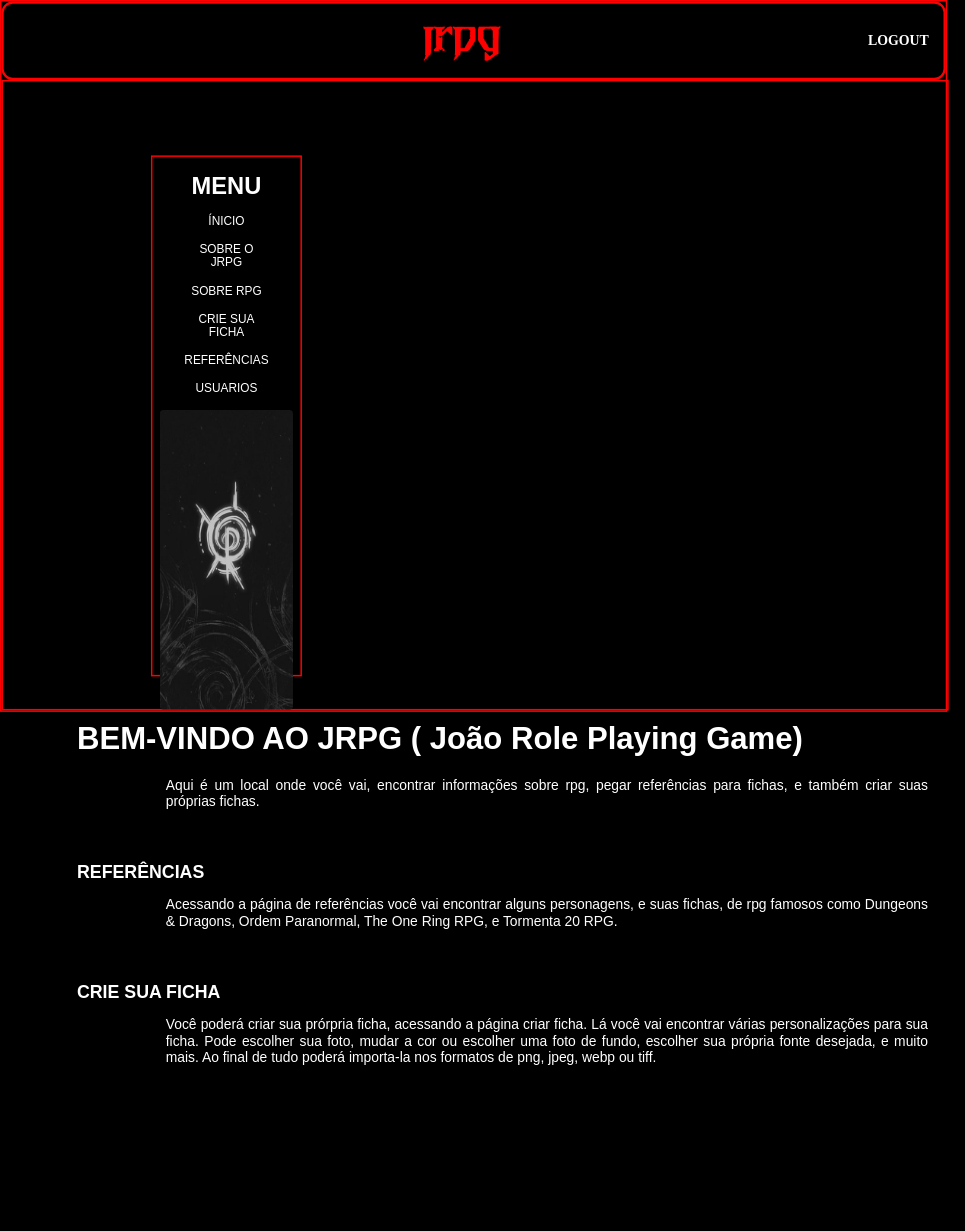
Repository: jpmaffei18/PROJETO_JAVA
Page: http://localhost/FinalWeb/home.jsp
An editor plug-in stored every save of this project. The page is shown before and after the next save, followed by the edit.
The browser window is 1280 px wide. The page is 1304 px wide, so the pictures cover 1304 px, including what lies to the right of the window. The pictures show the whole page, at 74% of full size.
Some web fonts or font styles are not loaded; a fallback is used. The page is served by Tomcat 9. Other server files are loaded and not shown.

Above is the page before, as saved 2023-04-12 12:11:13.

### FinalWeb/src/main/webapp/home.jsp
<!DOCTYPE html>
<html lang="pt-br">
<head>
    <meta charset="UTF-8">
    <meta http-equiv="X-UA-Compatible" content="IE=edge">
    <meta name="viewport" content="width=device-width, initial-scale=1.0">
    <link href="home.css" rel="stylesheet">
    <link href="https://fonts.cdnfonts.com/css/gobold" rel="stylesheet">
    <link href="https://fonts.cdnfonts.com/css/glacial-indifference-2" rel="stylesheet">

    <title> HOME </title>
</head>
<body>
    <header class="cabecalho">
       <img src="imagens/JRPG LOGO.png">
        <h3><a href="index.jsp"> LOGOUT </a></h3>
    </header>

    <div class="conteudo">
        <div class="menulateral">

            <h1>MENU</h1>

            <ul>

                <a href="index.jsp">
                <li> ÍNICIO </li>
                </a>

                <a href="#">
                <li> SOBRE O JRPG </li>
                </a>

                <a href="rpg.jsp">
                    <li> SOBRE RPG </li>
                </a>

                <a href="fichas.jsp">
                    <li> CRIE SUA FICHA </li>
                </a>

                <a href="#">
                    <li> REFERÊNCIAS </li>
                </a>

                <a href="cadastrados.jsp">
                    <li> USUARIOS </li>
                </a>
            </ul>

            <img src="imagens/foto_menu_lateral.jpg">
        </div>


        <div class="bemvindo">

            <h1> BEM-VINDO AO JRPG ( João Role Playing Game) </h1>
            <h3> Aqui é um local onde você vai, encontrar informações sobre rpg, pegar referências para fichas, e também criar suas próprias fichas.</h3>
            <h2> REFERÊNCIAS </h2>
            <h3> Acessando a página de referências você vai encontrar alguns personagens, e suas fichas, de rpg famosos como Dungeons & Dragons, Ordem Paranormal, The One Ring RPG, e Tormenta  20 RPG.</h3>
            <h2> CRIE SUA FICHA</h2>
            <h3> Você poderá criar sua prórpria ficha, acessando a página <a href="fichas.html" class="criarficha">criar ficha</a>. Lá você vai encontrar várias personalizações para sua ficha.
            Pode escolher sua foto, mudar a cor ou escolher uma foto de fundo, escolher sua própria fonte desejada, e muito mais. Ao final de tudo poderá importa-la nos formatos de png, jpeg, webp ou tiff.
            </h3>

        </div>
</div>

</body>
</html>

### FinalWeb/src/main/webapp/home.css
@import url('https://fonts.cdnfonts.com/css/glacial-indifference-2');
@import url('https://fonts.cdnfonts.com/css/gobold');



body{
    margin: 0;
    margin-top: 0;
    background-color: black ;
    overflow-x: hidden;
    border: solid 2px red;
}

.conteudo{
    width: 100%;
    height: 848px;
    border: solid 2px red;
}

.cabecalho{
    background-color: black ;
    width: 99,7%;
    height: 80px;
    border-radius: 15px;
    border: solid 3px red;
    color: red;
    padding-top: 20px;
    padding-left: 80px;
    align-content: center;
    align-items: center;
    text-align: center;
}

header img{
    margin-top: -20px;
    width: 200px;
    margin-right: 60px;
}

header h3{
    float: right;
    margin-right: 20px;
    margin-left:-40px;
}

header a{
    color: white;
    text-decoration: none;
}

.menulateral{
    width: 200px;
    height: 700px;
    float: left;
    border: solid 2px red;
    margin-top: 100px;
    margin-left: 200px;
}

.menulateral li{
    color: white;
    margin-bottom: 20px;
    margin-right: 40px;
    align-content: center;
    align-items: center;
    text-align: center;
    list-style: none;
}

div li:hover {
    color: red;
}

.menulateral a{
    text-decoration: none;
    font-family: 'Glacial Indifference', sans-serif;

}

.menulateral h1{
    color: white;
    align-items: center;
    text-align: center;
    list-style: none;
    margin-bottom: 20px;
    font-family: 'Gobold', sans-serif;
}

.menulateral img{
    width: 180px;
    height: 405px;
    margin-left: 10px;
    border-radius: 5px;
}


.bemvindo{
    width: 1200px;
    height: 700px;
    float: left;
    margin-top: 50px;
    margin-left: 100px;
    color: white;
}

.bemvindo h1{
    font-size:42px;
    margin-top: 10px;
    font-family: 'Gobold', sans-serif;
}

.bemvindo h3{
    margin-left: 120px;
    margin-right: 50px;
    text-align: justify;
    font-family: 'Glacial Indifference', sans-serif;
    font-weight: 300;

}



.bemvindo h2{
    margin-top: 70px;
    font-family: 'Gobold', sans-serif;

}

.criarficha{
    text-decoration: none;
    color: white;
}

After the next save:
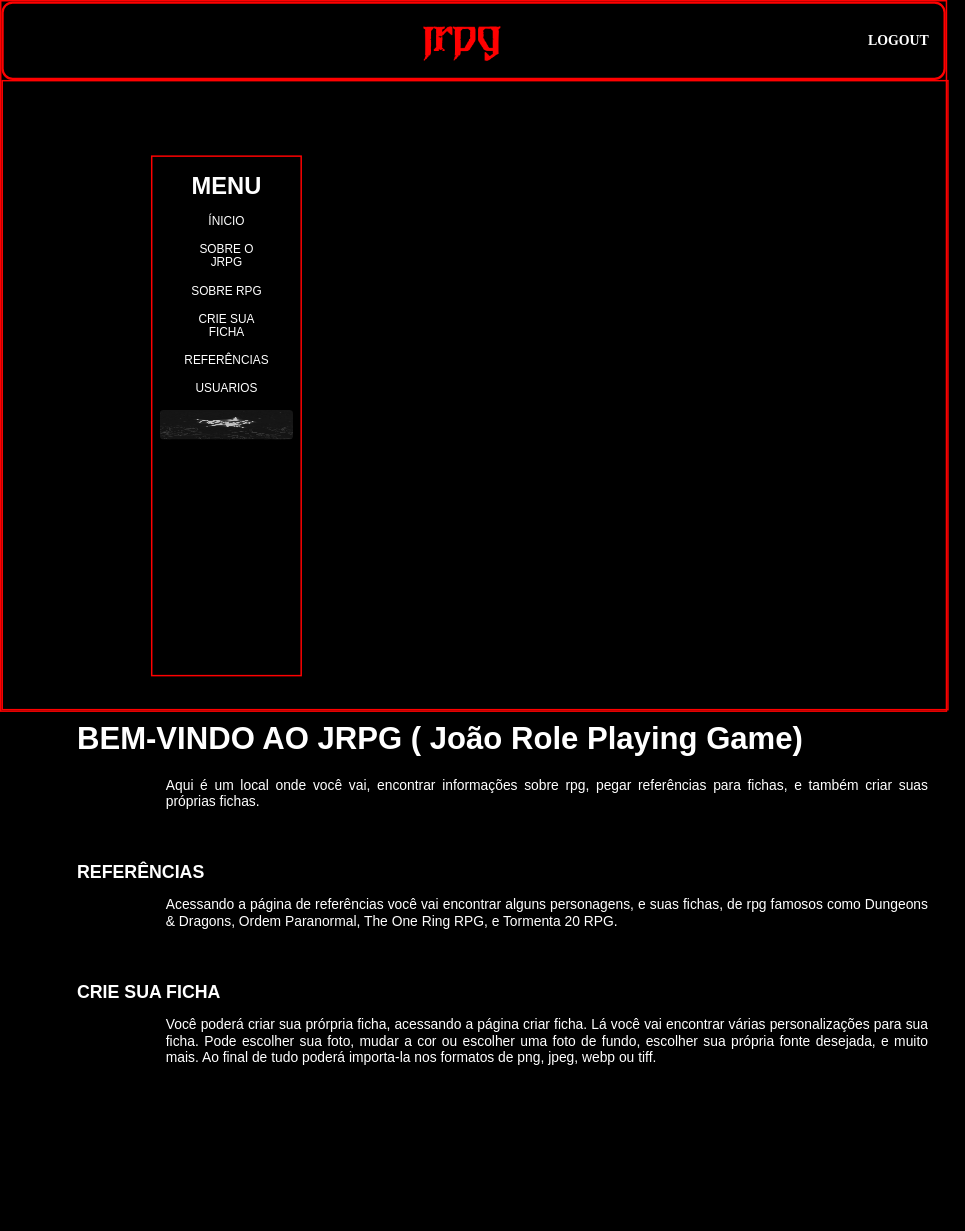
Saved 86 s later.
--- a/FinalWeb/src/main/webapp/home.css
+++ b/FinalWeb/src/main/webapp/home.css
@@ -88,7 +88,7 @@ div li:hover {
 
 .menulateral img{
     width: 180px;
-    height: 405px;
+    height: 40px;
     margin-left: 10px;
     border-radius: 5px;
 }
